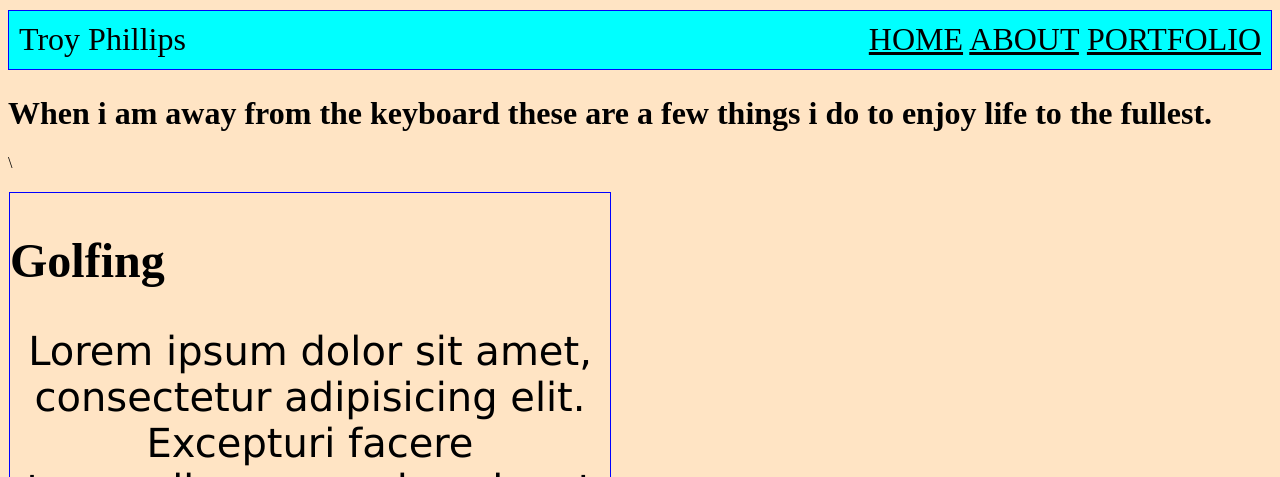
Repository: TheTroyPhillips/Personal-website
Page: about.html
An editor plug-in stored every save of this project. The page is shown before and after the next save, followed by the edit.
The browser window is 1280 px wide. The pictures show the part of the page from y = 0 to 477 px (the page is 1719 px tall before and 1709 px after).
A picture or video elsewhere on the page could not be fetched, so the positions and the page height are approximate.

Above is the page before, as saved 2023-09-10 23:03:35.

After the next save:
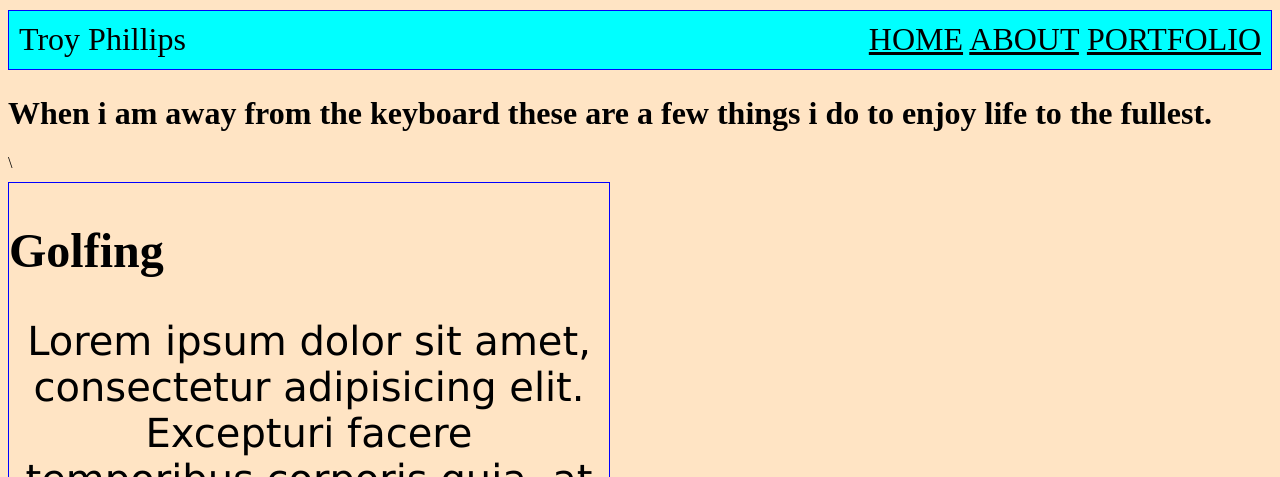
Saved 7 s later.
--- a/style.css
+++ b/style.css
@@ -12,8 +12,6 @@
     height: 600px;
     border: 1px solid blue;
     display: inline-block;
-    margin-left: 1px;
-    margin-top: 10px;
 }
 .myname{
     float: left;
